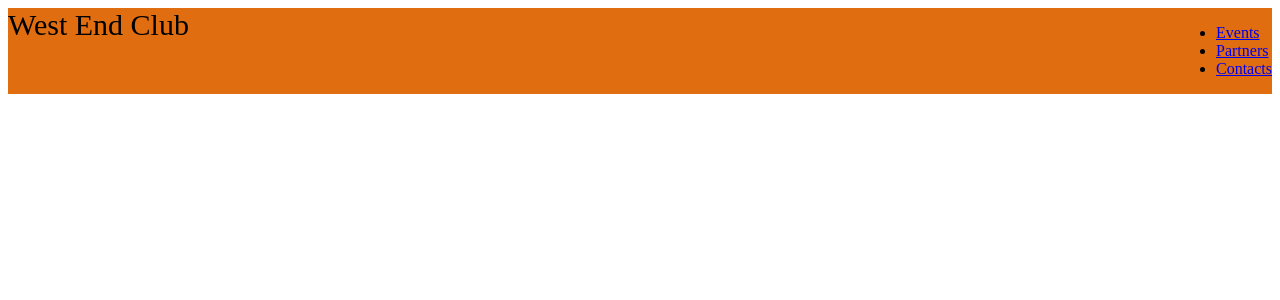
Repository: lastbronx41/lastbronx41.github.io
Page: starting/index.html
These files come from the project's save history. The page is drawn as it stood at one moment and after a run of saves; the edit follows.
The browser window is 1280 px wide. The pictures show the whole page.
Some web fonts or font styles are not loaded; a fallback is used.

Above is the page before, as saved 2022-07-19 02:22:43.

### starting/index.html
<!DOCTYPE html>

<html>
   <head>
      <meta charset="utf-8">
      <title>Our Club</title>
      <link rel="stylesheet" href="./styles.css" type="text/css">
      <link rel="preconnect" href="https://fonts.googleapis.com">
      <link rel="preconnect" href="https://fonts.gstatic.com" crossorigin>
      <link href="https://fonts.googleapis.com/css2?family=Abril+Fatface&family=Slabo+13px&family=Space+Mono&display=swap" rel="stylesheet">
      <link rel="preconnect" href="https://fonts.googleapis.com">
      <link rel="preconnect" href="https://fonts.gstatic.com" crossorigin>
      <link href="https://fonts.googleapis.com/css2?family=Abril+Fatface&family=Poppins:wght@100&family=Slabo+13px&family=Space+Mono&display=swap" rel="stylesheet">
   </head>

   <body>

      <div class="header">
         <div id="title">West End Club</div>
         <div id="nav">
            <ul>
               <li>
                  <a href="#">Events</a>
               </li>
               <li>
                  <a href="#">Partners</a>
               </li>
               <li>
                  <a href="#">Contacts</a>
               </li>
            </ul>
         </div>
      </div>



   </body>
</html>

### starting/styles.css
.header {
   display: flex;
   justify-content: space-between;
   background-color: #E06D10;
}

#title {
   font-size: 30px;
}

After the next 4 saves:
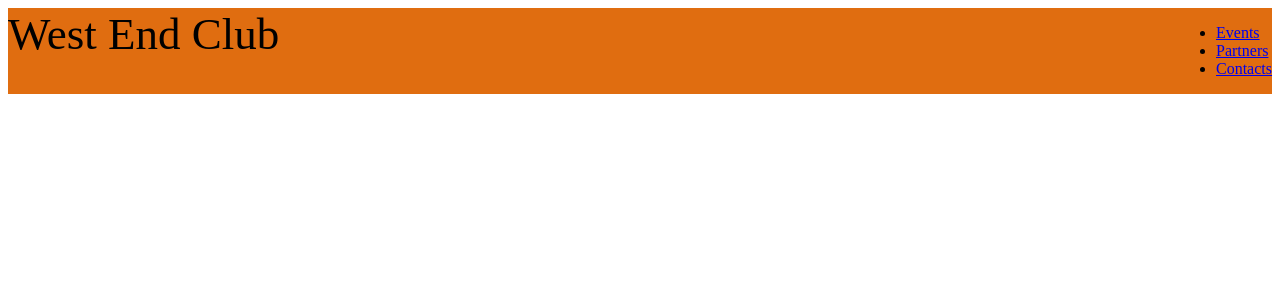
The 4 saves are shown as one change because they came seconds apart.
The last was saved 13 s later.
--- a/starting/styles.css
+++ b/starting/styles.css
@@ -5,5 +5,6 @@
 }
 
 #title {
-   font-size: 30px;
+   font-size: 45px;
+
 }
